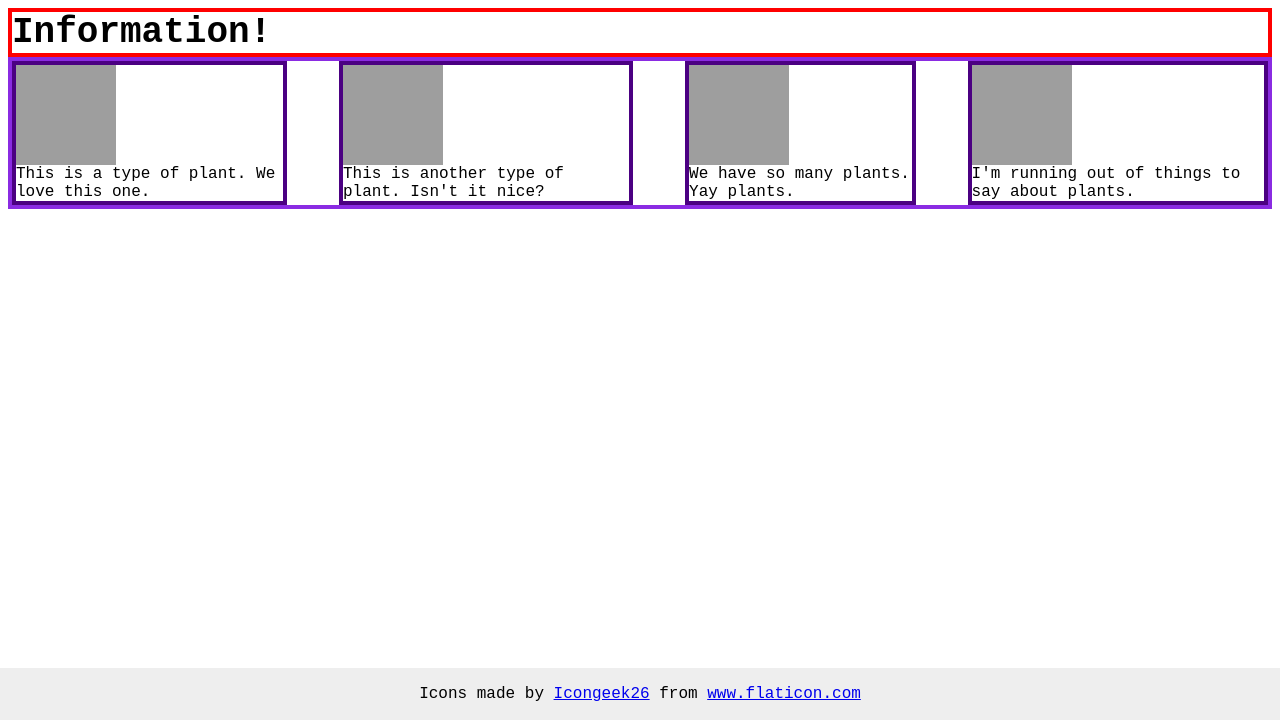
Repository: bbrockbrown/css-exercises
Page: flex/04-flex-information/index.html
An editor plug-in stored every save of this project. The page is shown before and after the next save, followed by the edit.
The browser window is 1280 px wide. The pictures show the whole page.
Pictures or frames that could not be fetched are drawn as grey boxes.

Above is the page before, as saved 2024-07-21 17:36:58.

### flex/04-flex-information/index.html
<!DOCTYPE html>
<html lang="en">
  <head>
    <meta charset="UTF-8">
    <meta http-equiv="X-UA-Compatible" content="IE=edge">
    <meta name="viewport" content="width=device-width, initial-scale=1.0">
    <title>Information</title>
    <link rel="stylesheet" href="style.css">
  </head>
  <body>
    <div class="header">
      <div class="title">Information!</div>
    </div>

    <div class="image-containers">

      <div class="img-1">
        <img src="./images/barberry.png" alt="barberry">
        <div class="text">This is a type of plant. We love this one.</div>
      </div>

      <div class="img-2">
        <img src="./images/chilli.png" alt="chili">
        <div class="text">This is another type of plant. Isn't it nice?</div>
      </div>

      <div class="img-3">
        <img src="./images/pepper.png" alt="pepper">
        <div class="text">We have so many plants. Yay plants.</div>
      </div>

      <div class="img-4">
        <img src="./images/saffron.png" alt="saffron">
        <div class="text">I'm running out of things to say about plants.</div>
      </div>

    </div>


    <!-- disregard this section, it's here to give attribution to the creator of these icons -->
    <div class="footer">
      <div>Icons made by <a href="https://www.flaticon.com/authors/icongeek26" title="Icongeek26">Icongeek26</a> from <a href="https://www.flaticon.com/" title="Flaticon">www.flaticon.com</a></div>
    </div>
  </body>
</html>

### flex/04-flex-information/style.css
body {
  font-family: 'Courier New', Courier, monospace;
}

img {
  width: 100px;
  height: 100px;
}

.header {
  display: flex;
  justify-content: center;
  align-items: center;
  border: 4px solid red;
}

.image-containers {
  display: flex;
  justify-content: center;
  gap: 52px;
  border: 4px solid blueviolet;
}

.img-1, .img-2, .img-3, .img-4 {
  display: flex;
  flex-direction: column;
  align-content: center;
  align-items: center
  text-align: center;
  border: 4px solid indigo;
  margin: auto;
}


.title {
  font-size: 36px;
  font-weight: 900;
  flex: 1 1 auto;
}

/* do not edit this footer */
.footer {
  position: fixed;
  bottom: 0;
  left: 0;
  right: 0;
  height: 52px;
  display: flex;
  align-items: center;
  justify-content: center;
  background: #eee;
}

After the next save:
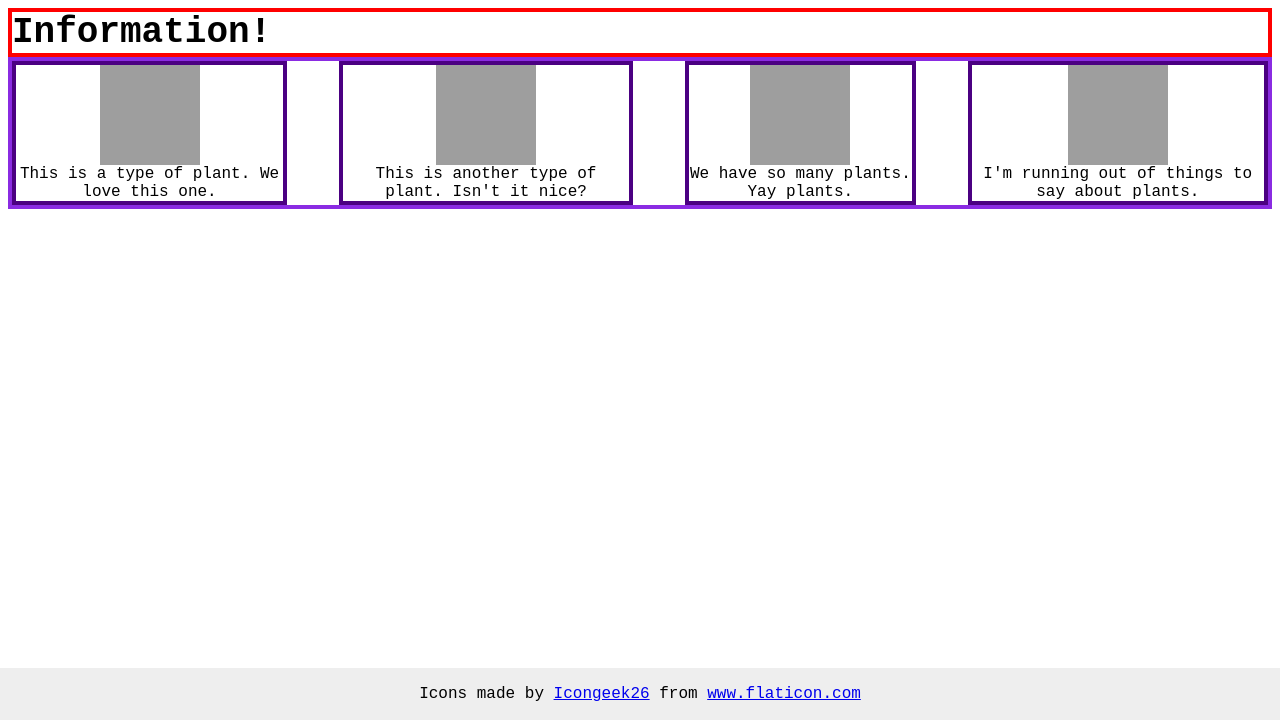
Saved 5 s later.
--- a/flex/04-flex-information/style.css
+++ b/flex/04-flex-information/style.css
@@ -25,7 +25,7 @@ img {
   display: flex;
   flex-direction: column;
   align-content: center;
-  align-items: center
+  align-items: center;
   text-align: center;
   border: 4px solid indigo;
   margin: auto;
